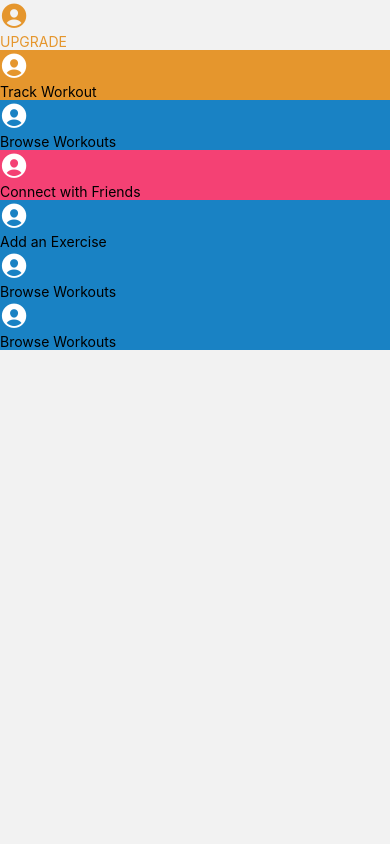
Repository: katjalmarko/React-Native-Fitness-App-with-Subscription
Screen: /
The author's editor kept a copy of each file at every save. The screen is drawn from the files as they stood at one save, then again after a run of saves.
Pictures or frames that could not be fetched are drawn as grey boxes. The app was drawn by React Native's web renderer in a window 390 px wide. The project was rebuilt for these pictures with package versions that can differ from the ones it lists, and the page was loaded fresh each time.

Above is the screen before, as saved 2023-05-08 18:00:40.

After the next 2 saves:
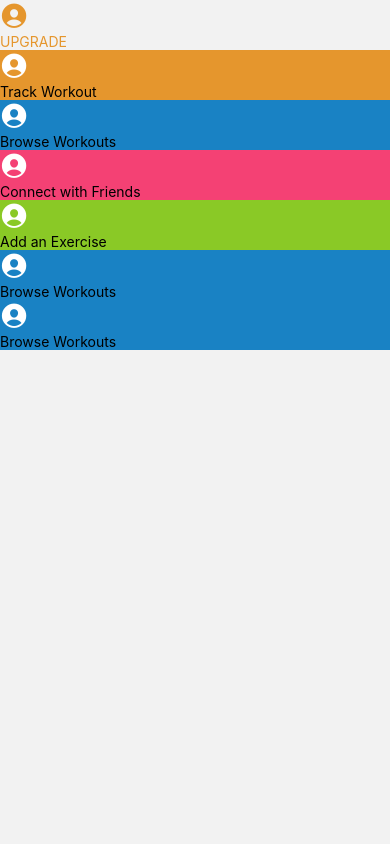
The 2 saves are shown as one change because they came seconds apart.
The last was saved 6 s later.
--- a/screens/HomeScreen.tsx
+++ b/screens/HomeScreen.tsx
@@ -43,7 +43,7 @@ const HomeScreen = () => {
         <ActionRow
           title="Add an Exercise"
           screen="Demo"
-          color="#1982C4"
+          color="#8AC926"
           icon="library"
           vertical
         />
